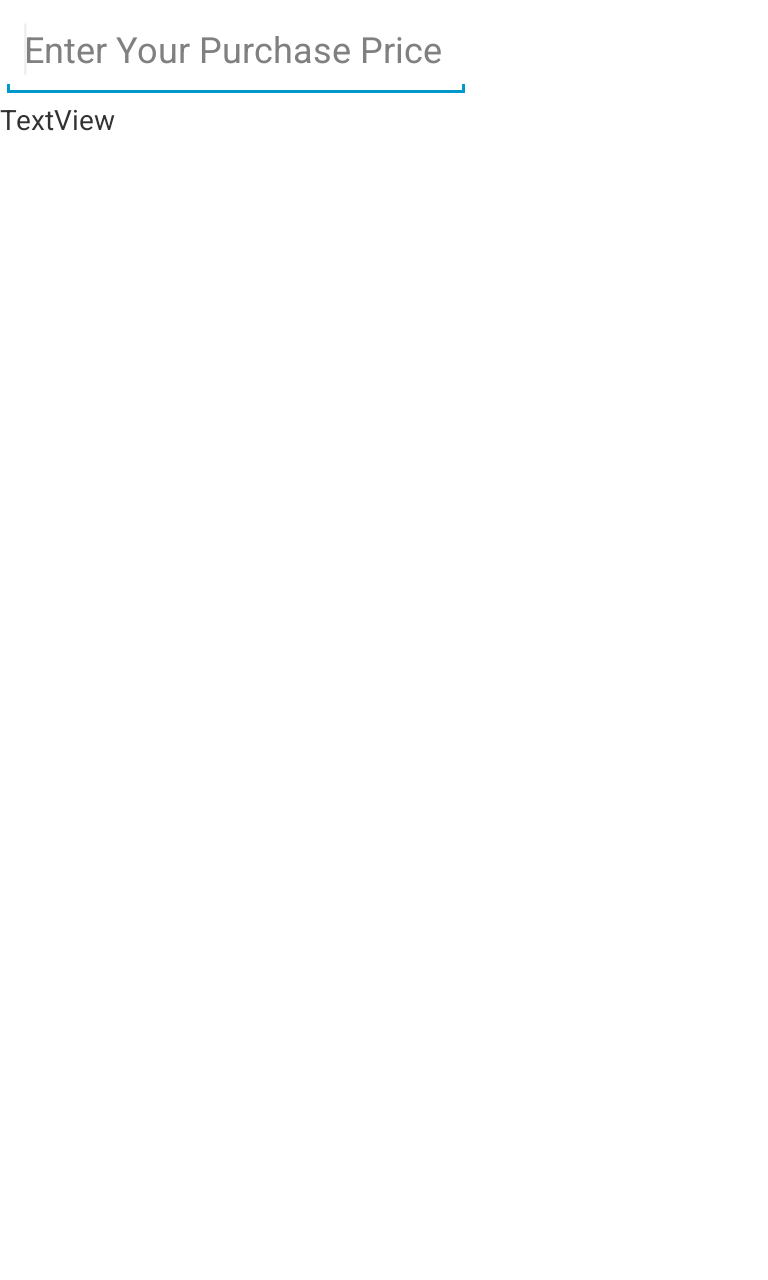
Repository: missxlian/angelHackSac
Layout: workspace/NoteHack/res/layout/fragment_section_intrate.xml
An editor plug-in stored every save of this project. The layout is shown before and after the next save, followed by the edit.
It is drawn on a 768 x 1280 px phone screen (xhdpi) without system bars, with theme android:Theme.Holo.Light.DarkActionBar; the app's code is not run.

Above is the layout before, as saved 2013-12-01 19:03:13.

### workspace/NoteHack/res/layout/fragment_section_intrate.xml
<?xml version="1.0" encoding="utf-8"?>
<GridLayout xmlns:android="http://schemas.android.com/apk/res/android"
    android:id="@+id/GridLayout1"
    android:layout_width="match_parent"
    android:layout_height="match_parent"
    android:columnCount="4"
    android:orientation="horizontal" >

    <Space
        android:layout_column="3"
        android:layout_gravity="fill_vertical"
        android:layout_row="4" />

    <EditText
        android:id="@+id/purPrice"
        android:layout_width="236dp"
        android:layout_height="50dp"
        android:layout_column="0"
        android:layout_gravity="left|top"
        android:layout_row="1"
        android:ems="10"
        android:hint="Enter Your Purchase Price"
        android:inputType="numberDecimal" >

        <requestFocus />
    </EditText>

    <Button
        android:id="@+id/interestRate"
        style="?android:attr/buttonStyleSmall"
        android:layout_width="wrap_content"
        android:layout_column="1"
        android:layout_gravity="fill_horizontal|top"
        android:layout_row="1"
        android:text="Calculate" />

    <TextView
        android:id="@+id/textView1"
        android:layout_width="match_parent"
        android:layout_height="wrap_content"
        android:layout_column="0"
        android:layout_gravity="left|fill_vertical"
        android:layout_row="2"
        android:text="TextView" />

</GridLayout>

After the next save:
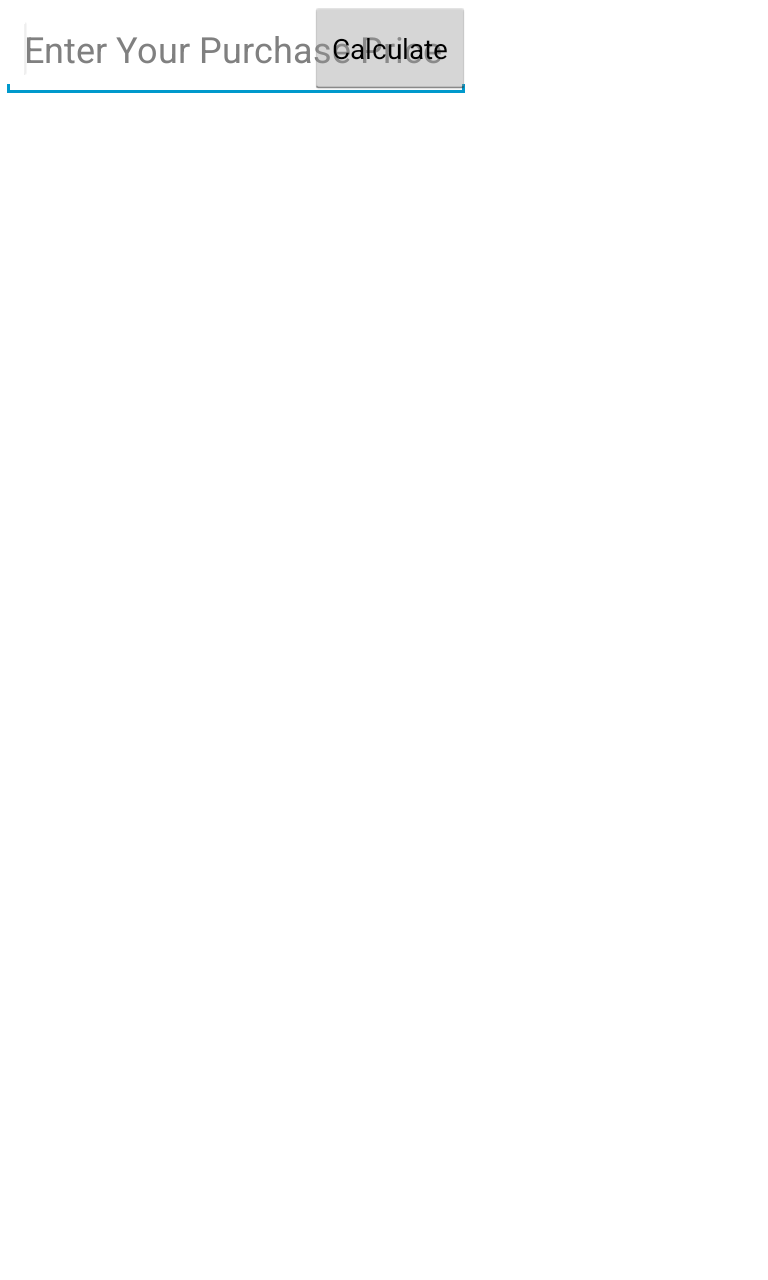
Saved 3 min 11 s later.
--- a/workspace/NoteHack/res/layout/fragment_section_intrate.xml
+++ b/workspace/NoteHack/res/layout/fragment_section_intrate.xml
@@ -29,18 +29,18 @@
         android:id="@+id/interestRate"
         style="?android:attr/buttonStyleSmall"
         android:layout_width="wrap_content"
-        android:layout_column="1"
-        android:layout_gravity="fill_horizontal|top"
+        android:layout_column="0"
+        android:layout_gravity="right|top"
         android:layout_row="1"
         android:text="Calculate" />
 
     <TextView
         android:id="@+id/textView1"
-        android:layout_width="match_parent"
+        android:layout_width="fill_content"
         android:layout_height="wrap_content"
         android:layout_column="0"
-        android:layout_gravity="left|fill_vertical"
+        android:layout_gravity="center"
         android:layout_row="2"
-        android:text="TextView" />
+        />
 
 </GridLayout>
